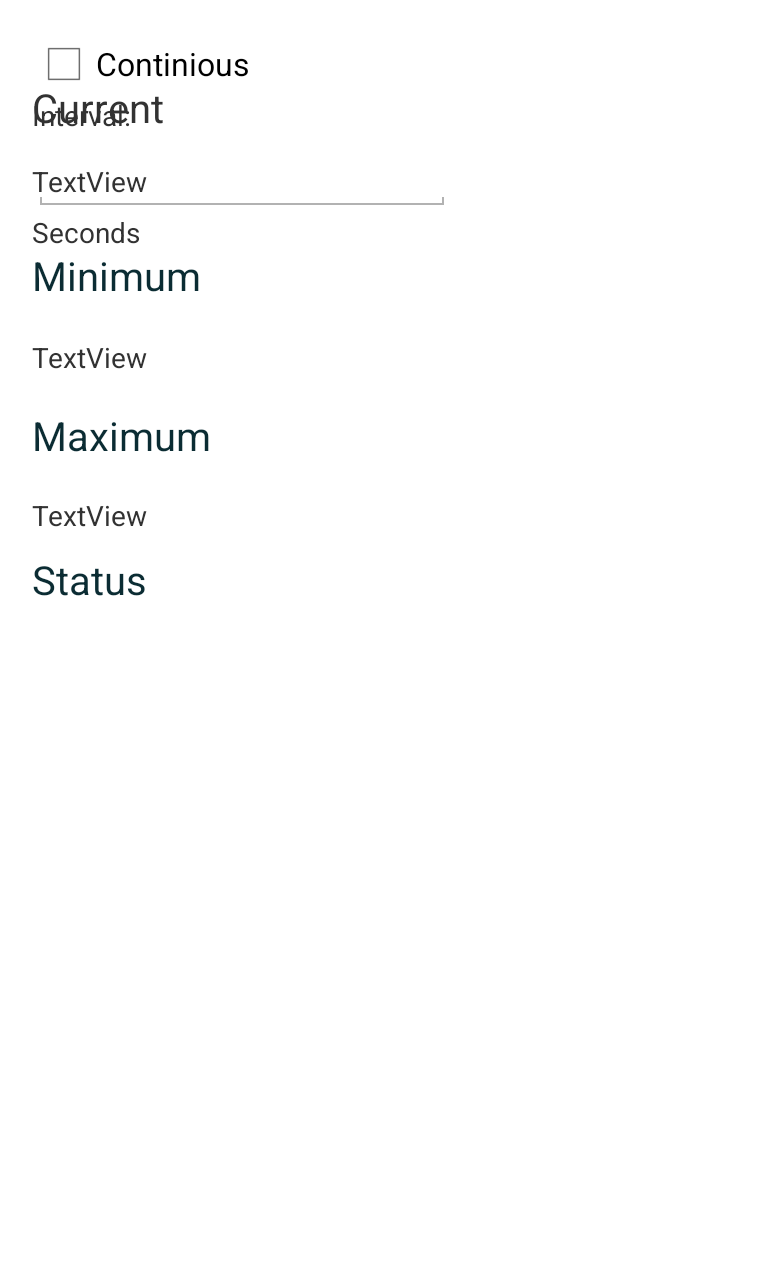
Repository: CTIS-SP-Team5/greenAgent
Layout: Android/GreenAgent/GreenAgent/res/layout/activity_sensor.xml
These files come from the project's save history. The layout is drawn as it stood at one moment and after the next save; the edit follows.
It is drawn on a 768 x 1280 px phone screen (xhdpi) without system bars, with theme AppTheme; the app's code is not run.

Above is the layout before, as saved 2014-05-05 14:27:26.

After the next save:
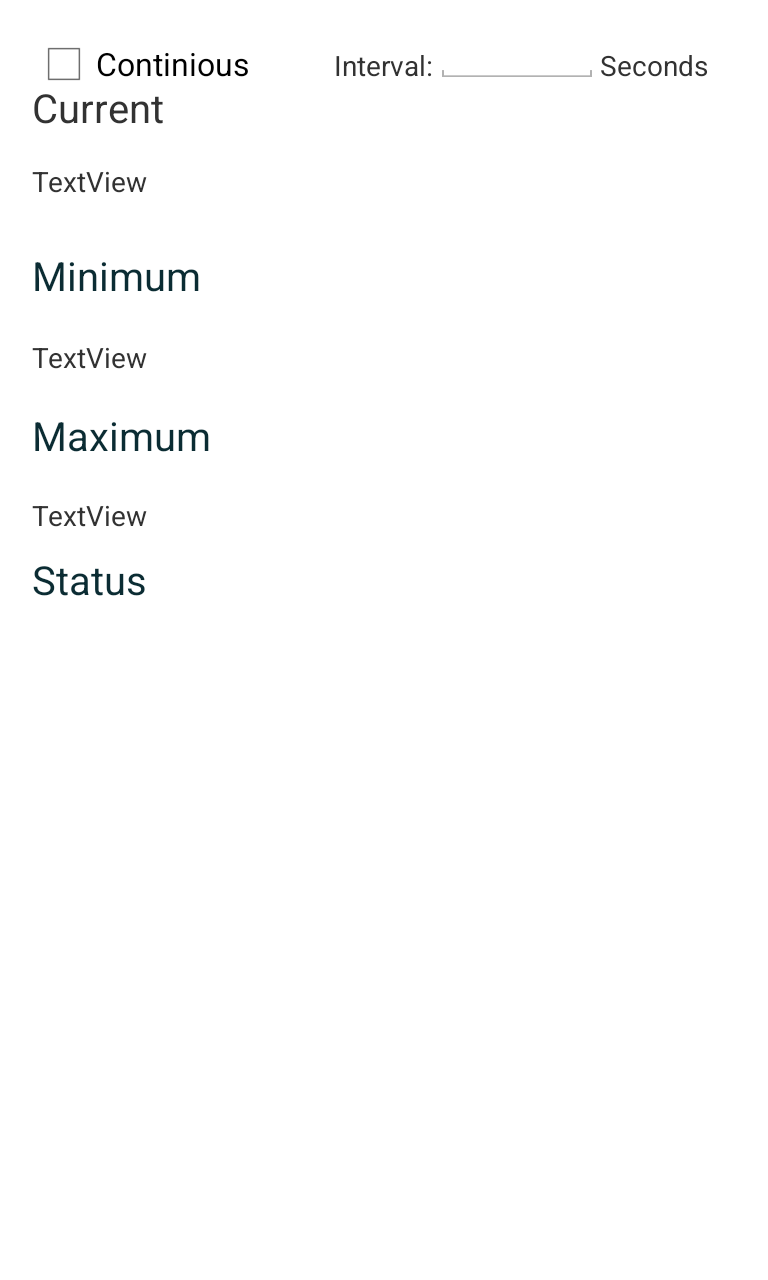
Saved 36 s later.
--- a/Android/GreenAgent/GreenAgent/res/layout/activity_sensor.xml
+++ b/Android/GreenAgent/GreenAgent/res/layout/activity_sensor.xml
@@ -8,13 +8,8 @@
     android:paddingTop="@dimen/activity_vertical_margin"
     tools:context=".SensorActivity" >
 
-    <LinearLayout
-        android:layout_width="wrap_content"
-        android:layout_height="wrap_content"
-        android:layout_alignRight="@+id/Continious"
-        android:layout_alignTop="@+id/Interval"
-        android:layout_marginRight="50dp"
-        android:orientation="vertical" >
+
+
     <CheckBox
         android:id="@+id/Continious"
         android:layout_width="wrap_content"
@@ -54,7 +49,6 @@
 
 
 
-    </LinearLayout>
 
 
     <TextView
